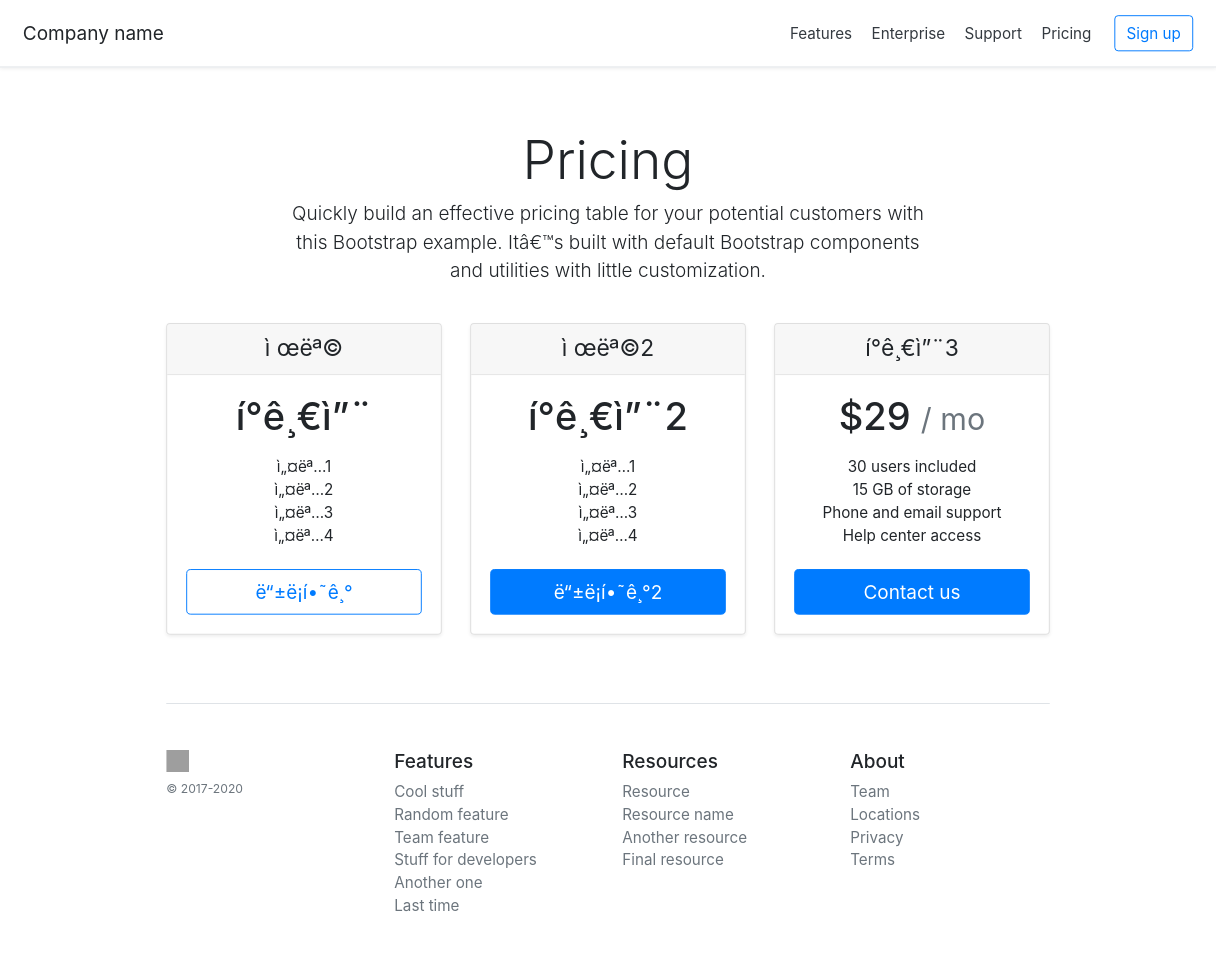
Repository: SettingRhino/innogleantmanager
Page: http://localhost/antmanager/WEB-INF/views/home.jsp
An editor plug-in stored every save of this project. The page is shown before and after the next save, followed by the edit.
The browser window is 1280 px wide. The pictures show the whole page, at 95% of full size.
Pictures or frames that could not be fetched are drawn as grey boxes. The page is served by Tomcat 9. Nobody is signed in. The template is opened directly, without the code that normally fills it, so the values that code supplies are empty.

Above is the page before, as saved 2020-06-07 17:02:25.

After the next save:
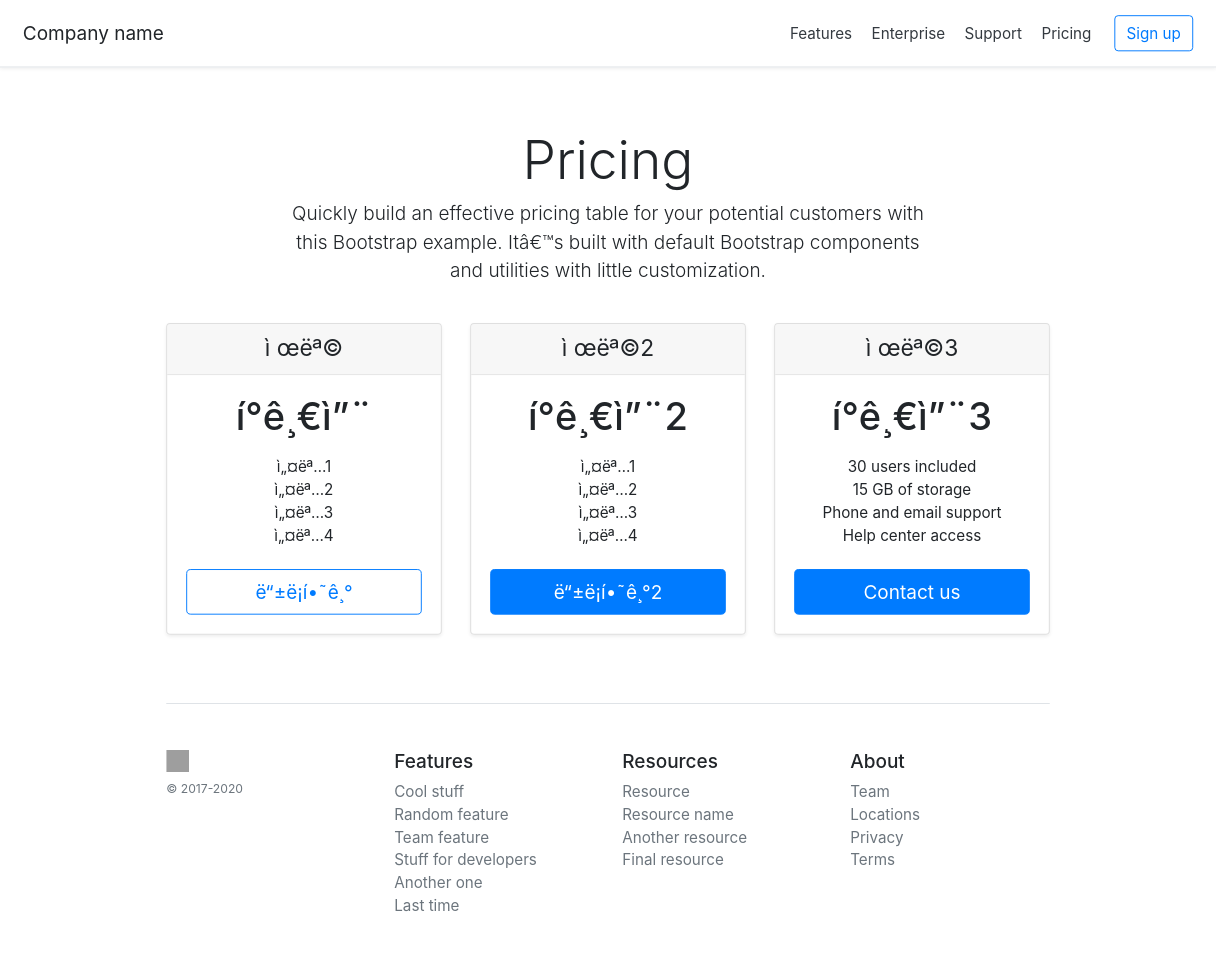
Saved 14 s later.
--- a/antmanager/src/main/webapp/WEB-INF/views/home.jsp
+++ b/antmanager/src/main/webapp/WEB-INF/views/home.jsp
@@ -91,10 +91,10 @@
     </div>
     <div class="card mb-4 shadow-sm">
       <div class="card-header">
-        <h4 class="my-0 font-weight-normal">큰글씨3</h4>
+        <h4 class="my-0 font-weight-normal">제목3</h4>
       </div>
       <div class="card-body">
-        <h1 class="card-title pricing-card-title">$29 <small class="text-muted">/ mo</small></h1>
+        <h1 class="card-title pricing-card-title">큰글씨3</h1>
         <ul class="list-unstyled mt-3 mb-4">
           <li>30 users included</li>
           <li>15 GB of storage</li>
